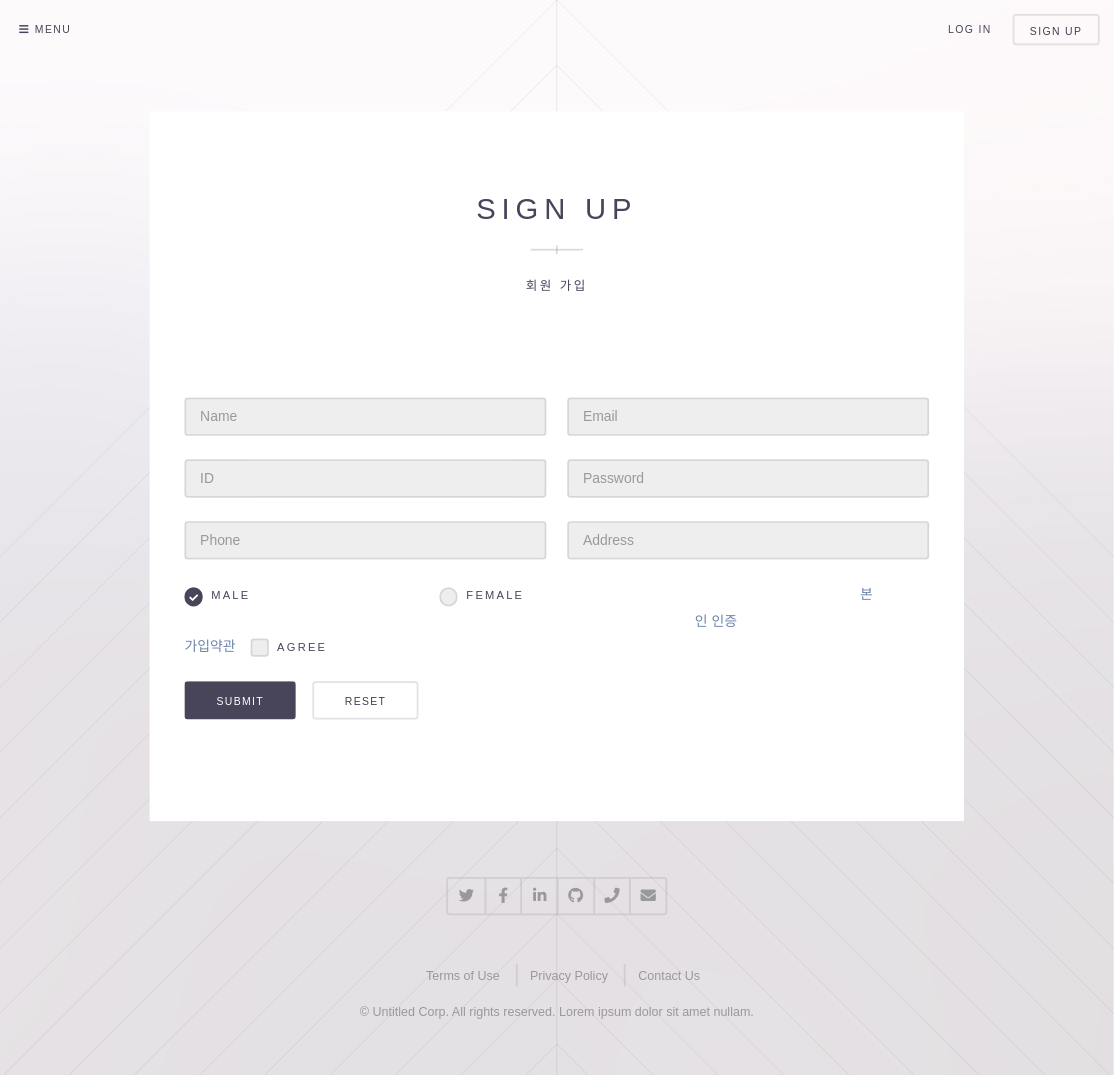
Repository: WKMoon/JavaScript-Project
Page: myFront/WebContent/signup.html
An editor plug-in stored every save of this project. The page is shown before and after the next save, followed by the edit.
The browser window is 1280 px wide. The pictures show the whole page, at 87% of full size.
Some web fonts or font styles are not loaded; a fallback is used.

Above is the page before, as saved 2021-03-01 22:42:22.

### myFront/WebContent/signup.html
<!DOCTYPE html>
<html>
<head>
<meta charset="UTF-8">
<meta name="viewport" content="width=device-width, initial-scale=1, user-scalable=no" />
<link rel="stylesheet" href="assets/css/main.css" />
<title>Sign Up</title>
</head>
	<body class="is-preload">

		<!-- Header -->
			<header id="header">
				<a href="#menu">Menu</a>
				<a href="login.html">Log In</a>
				<a href="signup.html" class="button">Sign Up</a>
			</header>

		<!-- Nav -->
			<nav id="menu">
				<ul class="links">
					<li><a href="index.html">Home</a></li>
<!-- 					<li><a href="generic.html">Generic</a></li>
					<li><a href="elements.html">Elements</a></li> -->
				</ul>
				<ul class="actions stacked">
					<li><a href="login.html" class="button primary fit">Log In</a></li>
					<li><a href="signup.html" class="button fit">Sign Up</a></li>
				</ul>
			</nav>


		<!-- Main -->
			<section id="main" class="wrapper style1">
				<div class="inner">

					<!-- Title -->
						<header class="major special">
							<h1>Sign Up</h1>
							<p>회원 가입</p>
						</header>

					<!-- Content -->
						<div class="content">
							<form method="post" action="#">
											<div class="row">
												<div class="col-6 col-12-xsmall">
													<input type="text" name="name" id="name" value="" placeholder="Name" />
												</div>
												<div class="col-6 col-12-xsmall">
													<input type="email" name="email" id="email" value="" placeholder="Email" />
												</div>

												<div class="col-6 col-12-xsmall">
													<input type="text" name="id" id="id" value="" placeholder="ID" />
												</div>

												<div class="col-6 col-12-xsmall">
													<input type="password" name="pw" id="pw" value="" placeholder="Password" />
												</div>

												<div class="col-6 col-12-xsmall">
													<input type="text" name="pn" id="pn" value="" placeholder="Phone" />
												</div>

												<div class="col-6 col-12-xsmall">
													<input type="text" name="addr" id="addr" value="" placeholder="Address" />
												</div>

												<!-- Break -->
												<div class="col-4 col-12-small">
													<input type="radio" id="priority-low" name="priority" checked>
													<label for="priority-low">Male</label>
												</div>
												<div class="col-4 col-12-small">
													<input type="radio" id="priority-normal" name="priority">
													<label for="priority-normal">Female</label>
												</div>
												<!-- Break -->

												<div>
													<a href="identification.html"style="text-decoration: none; margin-left:300%;">본인 인증</a>
												</div>

												<div class="col-6 col-12-small">
													<a href="agreement.html"style="text-decoration: none;">가입약관</a>
													<input type="checkbox" id="agree" name="agree">
													<label for="agree" style="margin-left:3%">Agree</label>
												</div>
												<!-- Break -->

												<!-- Break -->
												<div class="col-12">
													<ul class="actions">
														<li><input type="submit" value="Submit" class="primary" /></li>
														<li><input type="reset" value="Reset" /></li>
													</ul>
												</div>
											</div>
										</form>
						</div>

				</div>
			</section>

		<!-- Footer -->
			<footer id="footer">
				<ul class="alt-icons">
					<li><a href="#" class="icon brands fa-twitter"><span class="label">Twitter</span></a></li>
					<li><a href="#" class="icon brands fa-facebook-f"><span class="label">Facebook</span></a></li>
					<li><a href="#" class="icon brands fa-linkedin-in"><span class="label">LinkedIn</span></a></li>
					<li><a href="#" class="icon brands fa-github"><span class="label">GitHub</span></a></li>
					<li><a href="#" class="icon solid fa-phone"><span class="label">Phone</span></a></li>
					<li><a href="#" class="icon solid fa-envelope"><span class="label">Email</span></a></li>
				</ul>
				<ul class="menu">
					<li><a href="#">Terms of Use</a></li>
					<li><a href="#">Privacy Policy</a></li>
					<li><a href="#">Contact Us</a></li>
				</ul>
				<p class="copyright">
					&copy; Untitled Corp. All rights reserved. Lorem ipsum dolor sit amet nullam.
				</p>
			</footer>

		<!-- Scripts -->
			<script src="assets/js/jquery.min.js"></script>
			<script src="assets/js/jquery.scrolly.min.js"></script>
			<script src="assets/js/jquery.scrollex.min.js"></script>
			<script src="assets/js/browser.min.js"></script>
			<script src="assets/js/breakpoints.min.js"></script>
			<script src="assets/js/util.js"></script>
			<script src="assets/js/main.js"></script>

	</body>
</html>

Loaded but not shown: myFront/WebContent/assets/js/jquery.min.js (library); myFront/WebContent/assets/js/jquery.scrolly.min.js (common file); myFront/WebContent/assets/js/jquery.scrollex.min.js (common file); myFront/WebContent/assets/js/browser.min.js (common file); myFront/WebContent/assets/js/breakpoints.min.js (common file); myFront/WebContent/assets/css/fontawesome-all.min.css (library); myFront/WebContent/assets/js/util.js (587 lines, source omitted); myFront/WebContent/assets/js/main.js (57 lines, source omitted); myFront/WebContent/assets/css/main.css (4487 lines, source omitted)

After the next save:
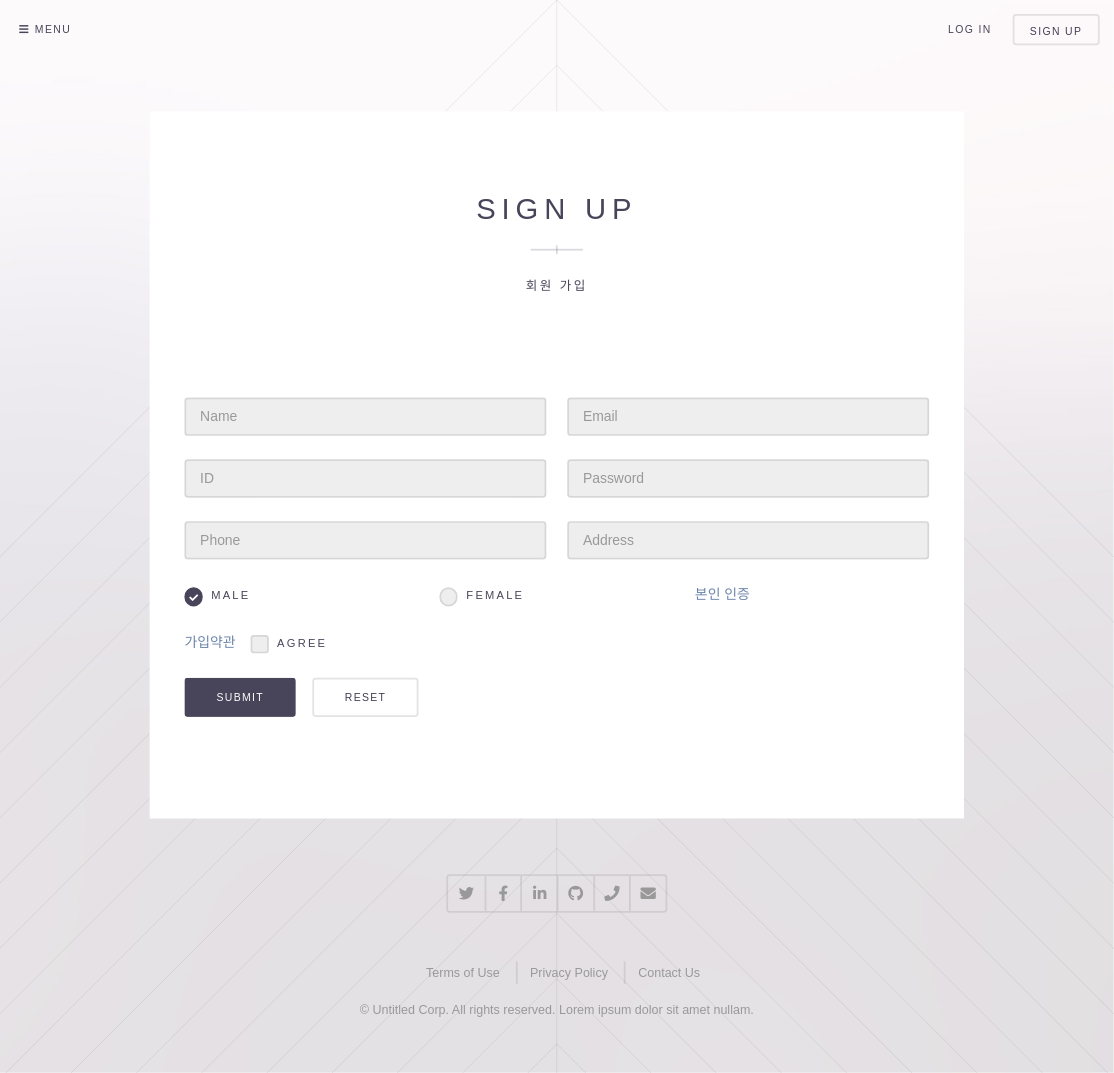
Saved 5 s later.
--- a/myFront/WebContent/signup.html
+++ b/myFront/WebContent/signup.html
@@ -78,7 +78,7 @@
 												<!-- Break -->
 
 												<div>
-													<a href="identification.html"style="text-decoration: none; margin-left:300%;">본인 인증</a>
+													<a href="identification.html"style="text-decoration: none;">본인 인증</a>
 												</div>
 
 												<div class="col-6 col-12-small">
